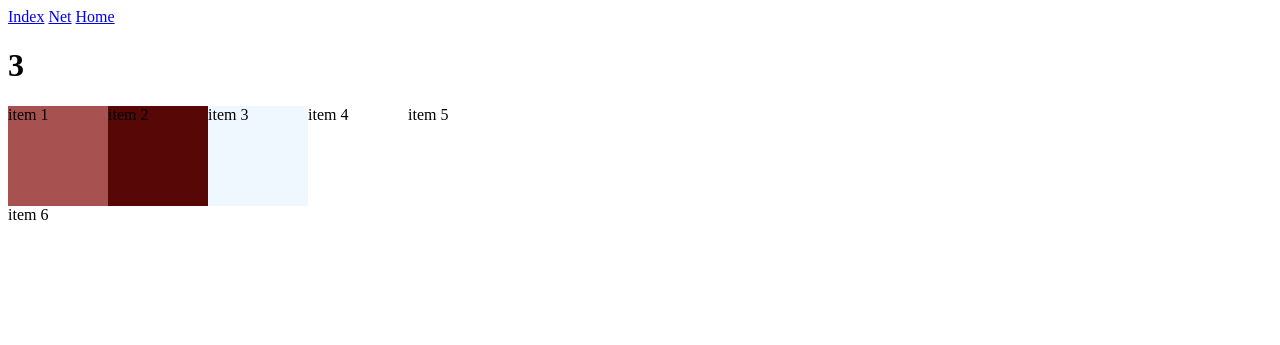
Repository: Nguyen-Toan-2004/du-an-test
Page: product.htm
These files come from the project's save history. The page is drawn as it stood at one moment and after a run of saves; the edit follows.
The browser window is 1280 px wide. The pictures show the whole page.

Above is the page before, as saved 2025-10-22 19:42:50.

After the next 26 saves:
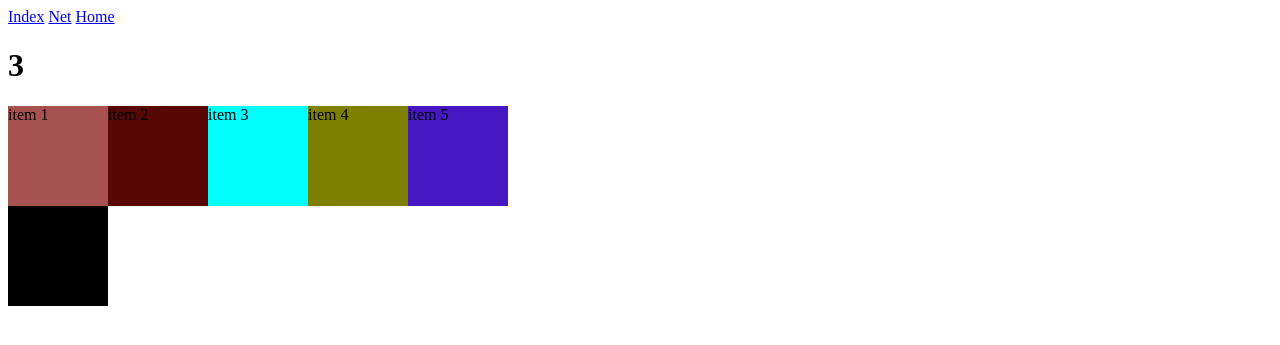
The 26 saves are shown as one change because they came seconds apart.
The last was saved 38 s later.
--- a/product.htm
+++ b/product.htm
@@ -29,7 +29,16 @@
         background: #580707;
       }
       .box3{
-        background: aliceblue;
+        background: aqua;
+      }
+      .box4{
+        background: olive;
+      }
+      .box5{
+        background: #4817c4;
+      }
+      .box6{
+        background: #000;
       }
     </style>
     <div class="container">
